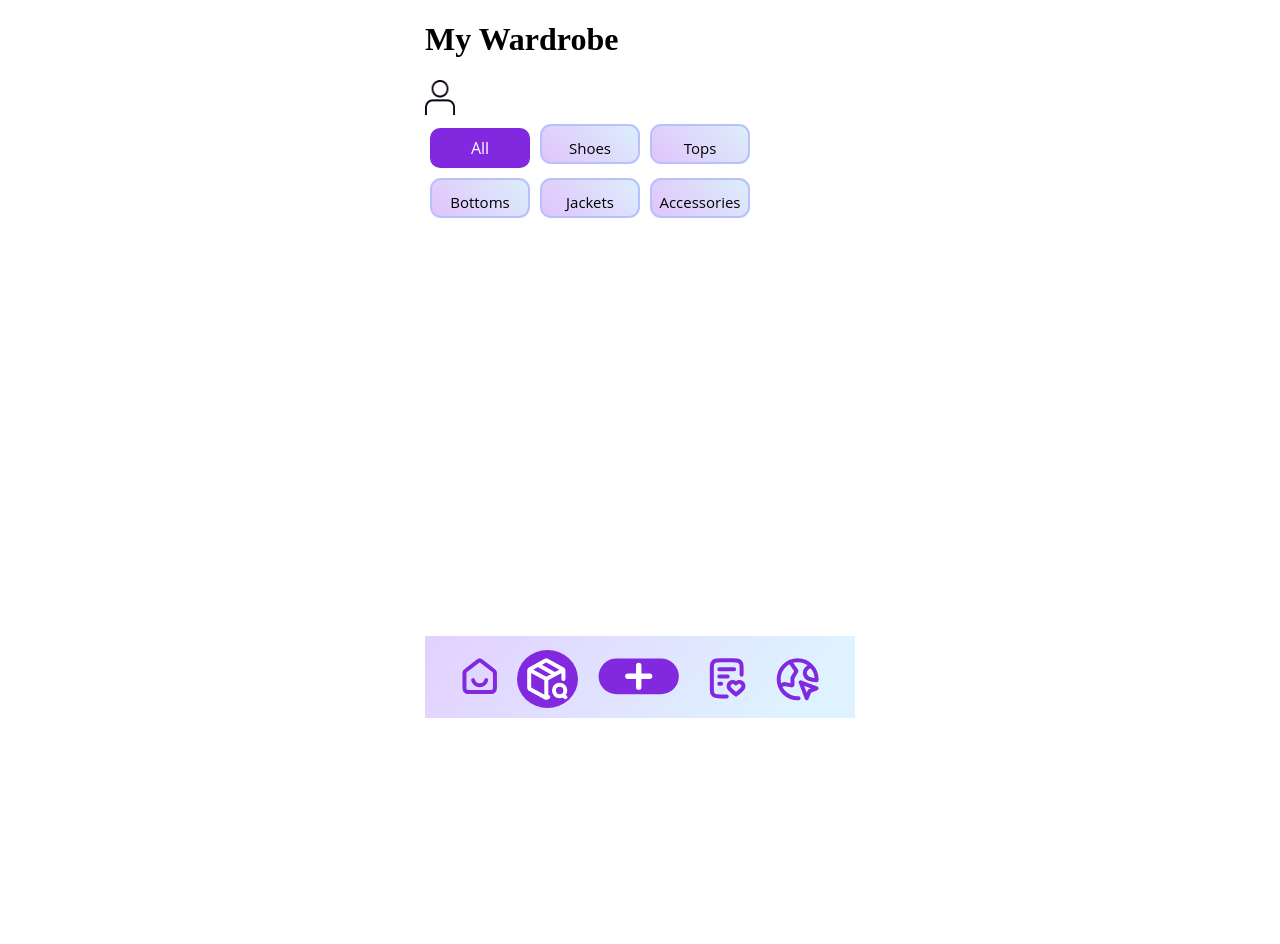
Repository: navnneett/clotho
Page: /Inventory/Category
These files come from the project's save history. The page is drawn as it stood at one moment and after a run of saves; the edit follows.
The browser window is 1280 px wide. The pictures show the whole page.
The project was rebuilt for these pictures with package versions that can differ from the ones it lists, and the page was loaded fresh each time. The framework's server and built-in components were replaced by stand-ins that run in the browser. Also part of the build but not shown: next.config.js, next.config.mjs, components/CategoryCard/CategoryCard.module.css, components/CategoryCard/index.js.

Above is the page before, as saved 2024-04-15 16:27:34.

After the next 2 saves:
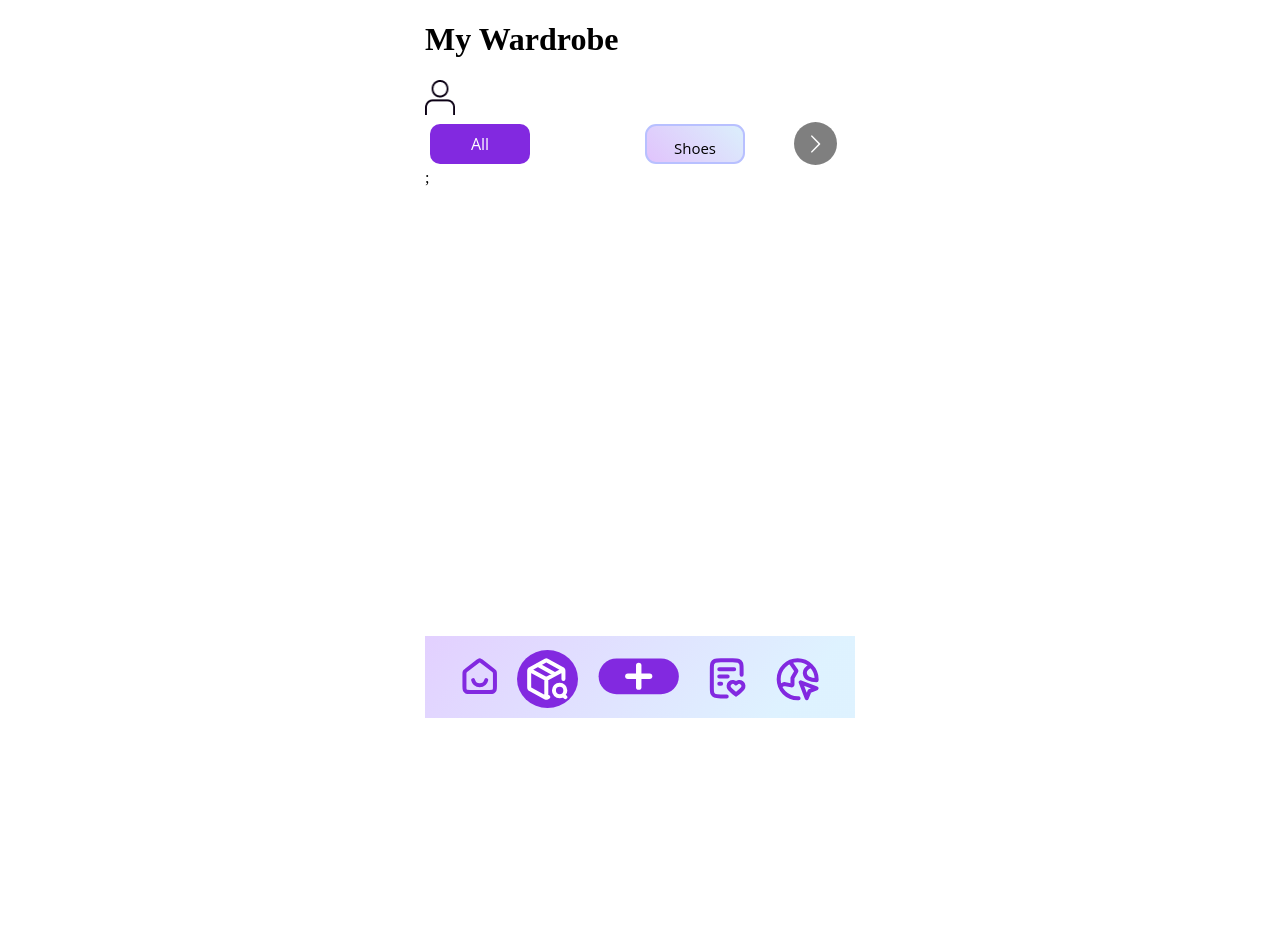
The 2 saves are shown as one change because 1 did not build or start.
The last was saved 2 min 34 s later.
--- a/pages/Inventory/Category.js
+++ b/pages/Inventory/Category.js
@@ -42,9 +42,6 @@ export default function Category() {
           items: 1
         }
       };
-      <Carousel responsive={responsive}>
-
-      </Carousel>;
 
     return (
         <div className={styles.mainContainer} >
@@ -59,7 +56,8 @@ export default function Category() {
                 </div>
 
                 <div className={styles.chip}>
-                    {color ? (
+                <Carousel responsive={responsive}>
+                {color ? (
                     <ButtonTwo title="All" height={40} width={100} margin="5px" onClick={() => findItems("ALL")}>
                         All
                     </ButtonTwo>) :
@@ -73,6 +71,21 @@ export default function Category() {
                     <ButtonTwo title="Bottoms" height={40} width={100} margin="5px" onClick={() => findItems("B")}>Bottoms</ButtonTwo>
                     <ButtonTwo title="Jackets" height={40} width={100} margin="5px" onClick={() => findItems("J")}>Jackets</ButtonTwo>
                     <ButtonTwo title="Accessories" height={40} width={100} margin="5px" onClick={() => findItems("A")}>Accessories</ButtonTwo>
+                </Carousel>;
+                    {/* {color ? (
+                    <ButtonTwo title="All" height={40} width={100} margin="5px" onClick={() => findItems("ALL")}>
+                        All
+                    </ButtonTwo>) :
+                        (
+                        <Button onClick={isClick} title="All" height={40} width={100} borderRadius="10px" fontSize="var(--open-sans-small)" margin="5px">
+                            All
+                        </Button>
+                    )}
+                    <ButtonTwo title="Shoes" height={40} width={100} margin="5px" onClick={() => findItems("S")}>Shoes</ButtonTwo>
+                    <ButtonTwo title="Tops" height={40} width={100} margin="5px" onClick={() => findItems("T")}>Tops</ButtonTwo>
+                    <ButtonTwo title="Bottoms" height={40} width={100} margin="5px" onClick={() => findItems("B")}>Bottoms</ButtonTwo>
+                    <ButtonTwo title="Jackets" height={40} width={100} margin="5px" onClick={() => findItems("J")}>Jackets</ButtonTwo>
+                    <ButtonTwo title="Accessories" height={40} width={100} margin="5px" onClick={() => findItems("A")}>Accessories</ButtonTwo> */}
                 </div>
 
                 <div className={styles.cards}>
